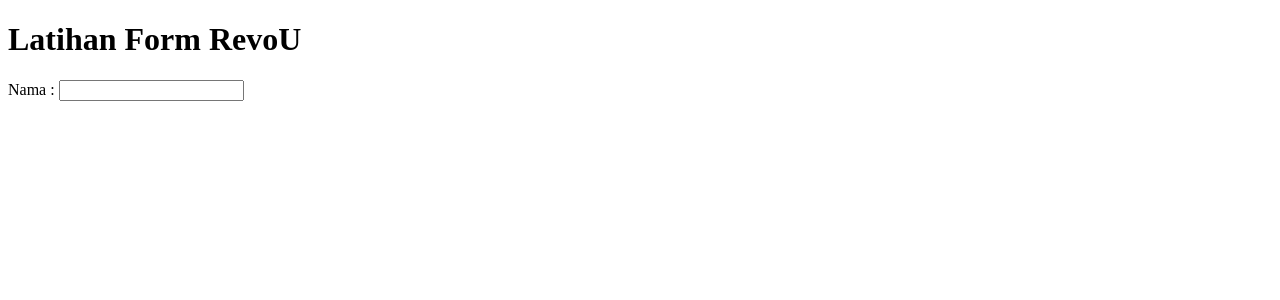
Repository: esramrsln/day2_RevoU
Page: form.html
The author's editor kept a copy of each file at every save. The page is drawn from the files as they stood at one save, then again after a run of saves.
The browser window is 1280 px wide. The pictures show the whole page.

Above is the page before, as saved 2024-07-23 21:23:50.

### form.html
<!DOCTYPE html>
<html>
<head>
    <meta charset="UTF-8" />
    <title>Membuat Form sederhana</title>
</head>
<body>
    <h1>Latihan Form RevoU</h1>
    <form>
        <label for="name">Nama :</label>
        <input id="name" type="text"></input>
    </form>
</body>
</html>

After the next 4 saves:
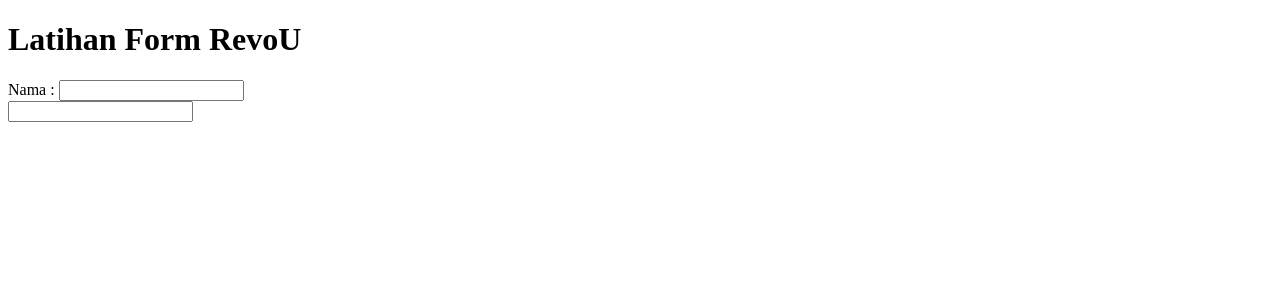
The 4 saves are shown as one change because they came seconds apart.
The last was saved 13 s later.
--- a/form.html
+++ b/form.html
@@ -9,6 +9,8 @@
     <form>
         <label for="name">Nama :</label>
         <input id="name" type="text"></input>
+        <br>
+        <input type="text">
     </form>
 </body>
 </html>
